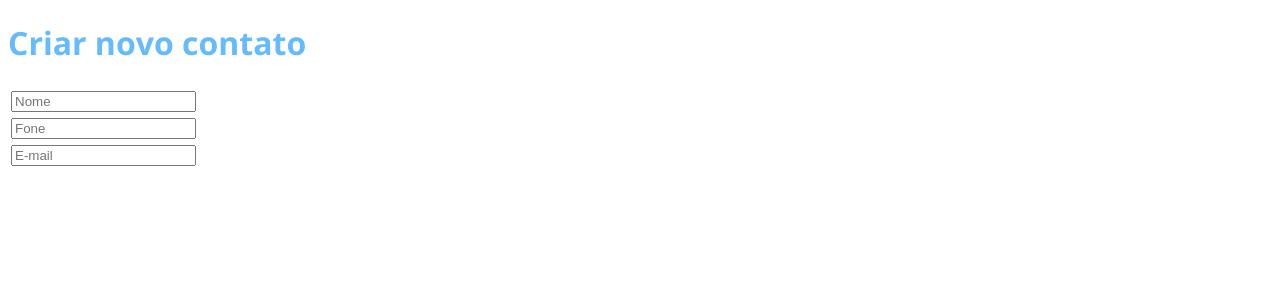
Repository: evanalves/Agenda-JDBC
Page: agenda/src/main/webapp/novo.html
These files come from the project's save history. The page is drawn as it stood at one moment and after the next save; the edit follows.
The browser window is 1280 px wide. The pictures show the whole page.

Above is the page before, as saved 2023-08-20 12:18:10.

After the next save:
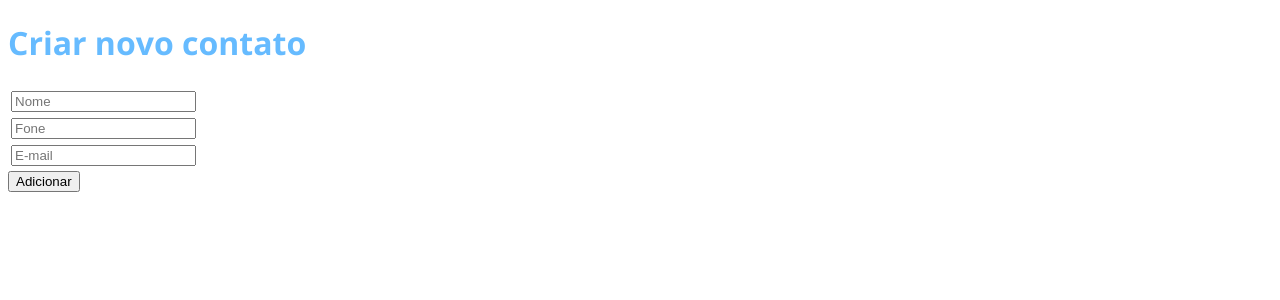
Saved 65 s later.
--- a/agenda/src/main/webapp/novo.html
+++ b/agenda/src/main/webapp/novo.html
@@ -19,8 +19,8 @@
 			<tr>
 			<td><input type="text" name="email" placeholder="E-mail"></td>
 			</tr>
-
 		</table>
+		<input type="button" value="Adicionar">
 	</form>
 
 </body>
